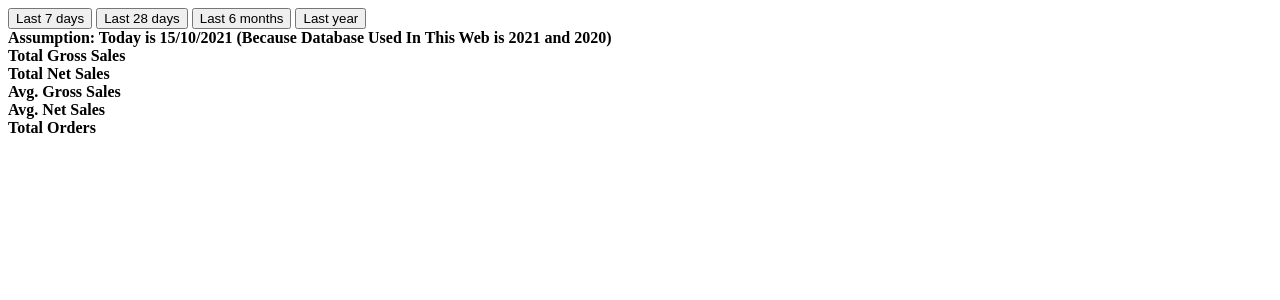
Repository: quockhuongtrann/Ecommerce-Website-With-Spring-Framework
Page: http://localhost/reports/sales_report_by_date
The author's editor kept a copy of each file at every save. The page is drawn from the files as they stood at one save, then again after the next save.
The browser window is 1280 px wide. The pictures show the whole page.
The page is this project's Thymeleaf template; nobody is signed in. The template is opened directly, without the code that normally fills it, so the values that code supplies are empty.

Above is the page before, as saved 2023-01-18 12:52:38.

After the next save:
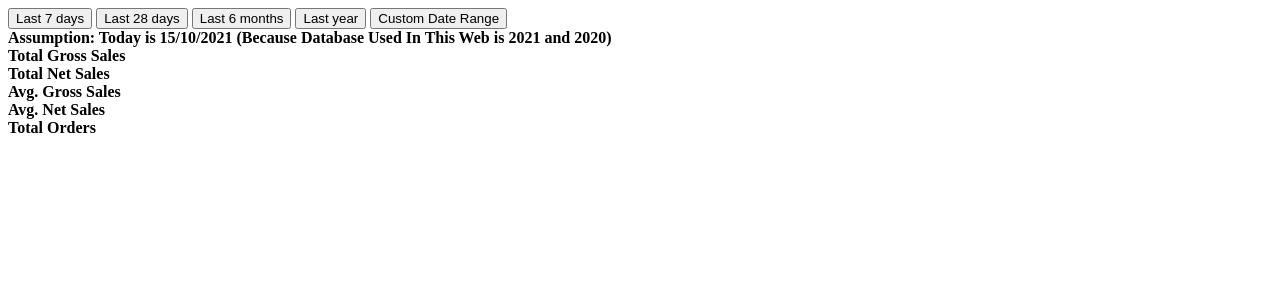
Saved 45 s later.
--- a/ShopTqkProject/ShopTqkWebParent/ShopTqkBackend/src/main/resources/templates/reports/sales_report_by_date.html
+++ b/ShopTqkProject/ShopTqkWebParent/ShopTqkBackend/src/main/resources/templates/reports/sales_report_by_date.html
@@ -7,6 +7,7 @@
 		<button period="last_28_days" class="btn btn-light button-sales-by-date m-1">Last 28 days</button>
 		<button period="last_6_months" class="btn btn-light button-sales-by-date m-1">Last 6 months</button>
 		<button period="last_year" class="btn btn-light button-sales-by-date m-1">Last year</button>
+		<button class="btn btn-light button-sales-by-date m-1">Custom Date Range</button>
 		<div><b>Assumption: Today is 15/10/2021 (Because Database Used In This Web is 2021 and 2020)</b></div>
 	</div>
 
